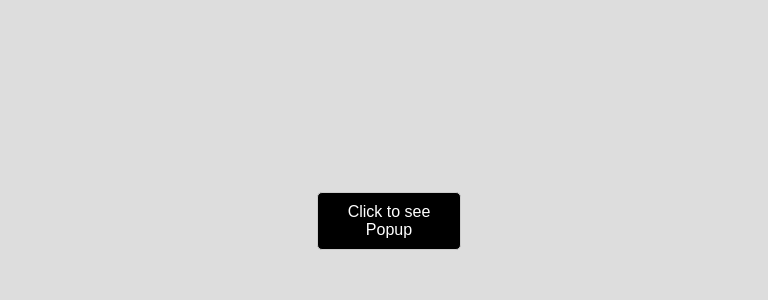
Repository: ble-syn/reactModal
Page: /
The author's editor kept a copy of each file at every save. The page is drawn from the files as they stood at one save, then again after the next save.
The browser window is 768 px wide. The pictures show the whole page.
The project was rebuilt for these pictures with package versions that can differ from the ones it lists, and the page was loaded fresh each time. Also part of the build but not shown: src/components/Modal.jsx.

Above is the page before, as saved 2022-11-10 21:30:33.

### src/index.css
*{
  margin: 0;
  padding: 0;
  box-sizing: border-box;
}
body{
  font-family: 'Poppins', sans-serif;
  background: #ddd;
}
span{
  margin-right: 5px;
}
a{
  color: #333;
}

.App {
  display: flex;
  flex-direction: column;
  justify-content: center;
  align-items: center;
  position: relative;
}
.btn{
  cursor: pointer;
  padding: 10px;
  background: none;
  border: 1px solid #ccc;
  font-size: 16px;
  border-radius: 5px;
}

.btn-div {
  width: 20%;
  margin: 25% auto 0;
  text-align: center;

}

.modal{
  position: absolute;
  top: 10%;
  background-color: #fff;
  border-radius: 5px;
  z-index: 1;
  color: #333;
  width: 40%;

}
.modal-content {
  padding: 20px 30px;
  font-size: 16px;
}
.center{
  text-align: center;
}
.content {
  padding: 10px 0;
}
.content p {
  margin: 20px 0;
  color: #333;
}
.icon-cont {
  display: flex;
  justify-content: center;
  align-items: center;

}
.icon{
  font-size: 50px;
  color: #f494d1;
  margin-bottom: 10px;
  margin: 20px;
}
.purple{
  color: #d695df;
}
.grey{
  color: #666;
}
.green{
  color: #178e6c;
}

.copy-cont{
  display: flex;
  justify-content: space-between;
  align-items: center;
  margin: 20px 0;
}
.link-copy{
 width: 70%;
 padding: 10px;
 border-radius: 5px;
 border: 1px solid #ccc;
 font-size: 16px;
}
.cen-item{
  display: flex;
  align-items: center;
}
.btm-btn{
  display: flex;
  justify-content: space-between;
  margin-top: 10px;
}
.alw-acs{
  color: #fff;
  background-color:#000;
  margin-left: 10px;
}

### src/App.js
import { useState} from "react";
import Modal from "./components/Modal";

function App() {
  const [showModal, setShowModal] = useState(false);

  const openModal = () => {
    setShowModal(prev => !prev);
  };

  return (
    <div className="App">
      <div className="btn-div">
        <button className="btn alw-acs" onClick={openModal}>Click to see Popup</button>
      </div>
      {showModal ? <Modal openModal={openModal} /> : null}
    </div>
  );
}

export default App;

Loaded but not shown: public/index.html (common file); src/index.js (common file); src/reportWebVitals.js (common file)

After the next save:
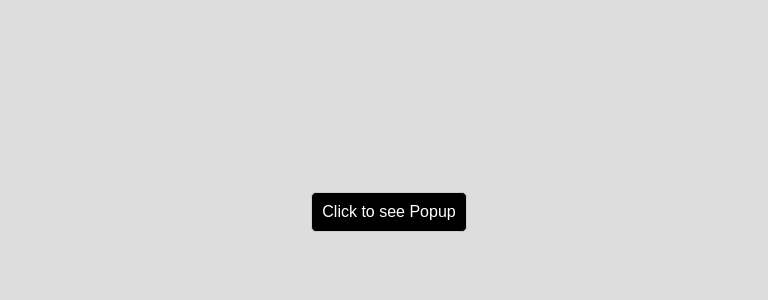
Saved 2 min 0 s later.
--- a/src/index.css
+++ b/src/index.css
@@ -110,3 +110,11 @@
   background-color:#000;
   margin-left: 10px;
 }
+@media(max-width: 768px){
+  .modal{
+    width: 80%;
+  }
+  .btn-div {
+    width: 50%;
+  }
+}
